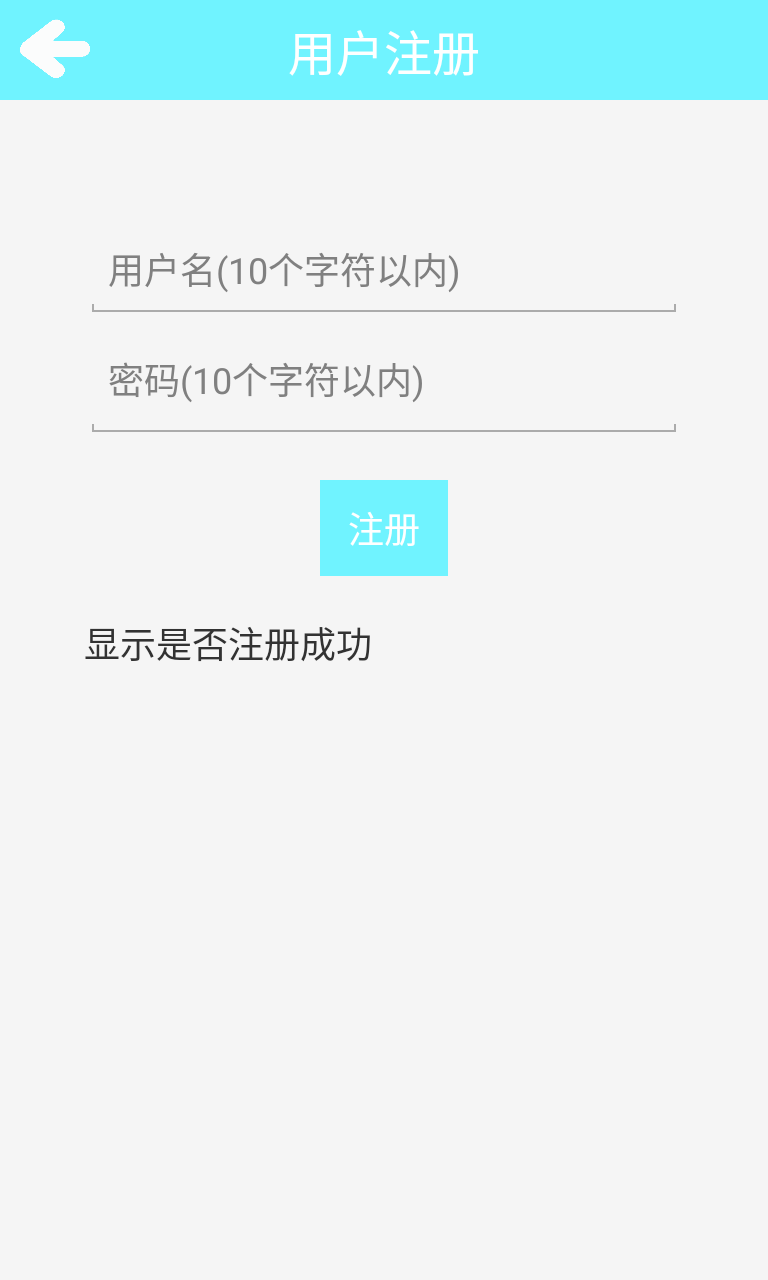
Repository: GuardLDW/HERO
Layout: GuardLDW/res/layout/register.xml
These files come from the project's save history. The layout is drawn as it stood at one moment and after the next save; the edit follows.
It is drawn on a 768 x 1280 px phone screen (xhdpi) without system bars, with theme AppTheme; the app's code is not run.

Above is the layout before, as saved 2016-10-11 11:35:17.

### GuardLDW/res/layout/register.xml
<?xml version="1.0" encoding="utf-8"?>
<LinearLayout xmlns:android="http://schemas.android.com/apk/res/android"
    android:layout_width="match_parent"
    android:layout_height="match_parent"
    android:orientation="vertical"
    android:background="#F5F5F5">


        <RelativeLayout
            android:id = "@+id/layout_title"
            android:layout_width="match_parent"
            android:layout_height="50dp"
            android:background="#70f3ff" >

            <Button
                 android:id = "@+id/button_registerback"
                 android:layout_width="35dp"
                 android:layout_height="35dp"
                 android:layout_marginLeft="10dp"
                 android:layout_marginTop="7dp"
                 android:background="@drawable/back" />


            <TextView
                android:layout_width="wrap_content"
                android:layout_height="wrap_content"
                android:layout_centerInParent="true"
                android:text="用户注册"
                android:textSize="24sp"
                android:textColor="#FFFFFF">
            </TextView>

        </RelativeLayout>

        <RelativeLayout
            android:id="@+id/layout_write"
            android:layout_width="match_parent"
            android:layout_height="match_parent"
            android:layout_marginTop="60dp" >

            <EditText
                android:id="@+id/edittext_registerpassword"
                android:layout_width="300dp"
                android:layout_height="60dp"
                android:layout_below="@+id/edittext_registername"
                android:layout_centerInParent="true"
                android:hint="密码(10个字符以内)" />

            <Button
                android:id = "@+id/button_register"
                android:layout_width="wrap_content"
                android:layout_height="wrap_content"
                android:layout_marginTop="20dp"
                android:layout_below="@+id/edittext_registerpassword"
                android:text="注册"
                android:background="#70f3ff"
                android:layout_centerInParent="true"
                android:textColor="#FFFFFF"
                android:enabled="false"/>

            <EditText
                android:id="@+id/edittext_registername"
                android:layout_width="300dp"
                android:layout_height="50dp"
                android:layout_alignLeft="@+id/edittext_registerpassword"
                android:layout_alignParentTop="true"
                android:hint="用户名(10个字符以内)" />

            <TextView
                android:id = "@+id/textview_registerresult"
                android:layout_width="300dp"
                android:layout_height="wrap_content"
                android:layout_alignLeft="@+id/edittext_registerpassword"
                android:layout_below="@+id/button_register"
                android:layout_marginTop="20dp"
                android:text="显示是否注册成功"
                android:textSize="18sp" />

        </RelativeLayout>

</LinearLayout>

Loaded but not shown: GuardLDW/res/values/styles.xml (common file); GuardLDW/res/values-v11/styles.xml (common file); GuardLDW/res/values-v14/styles.xml (common file)

After the next save:
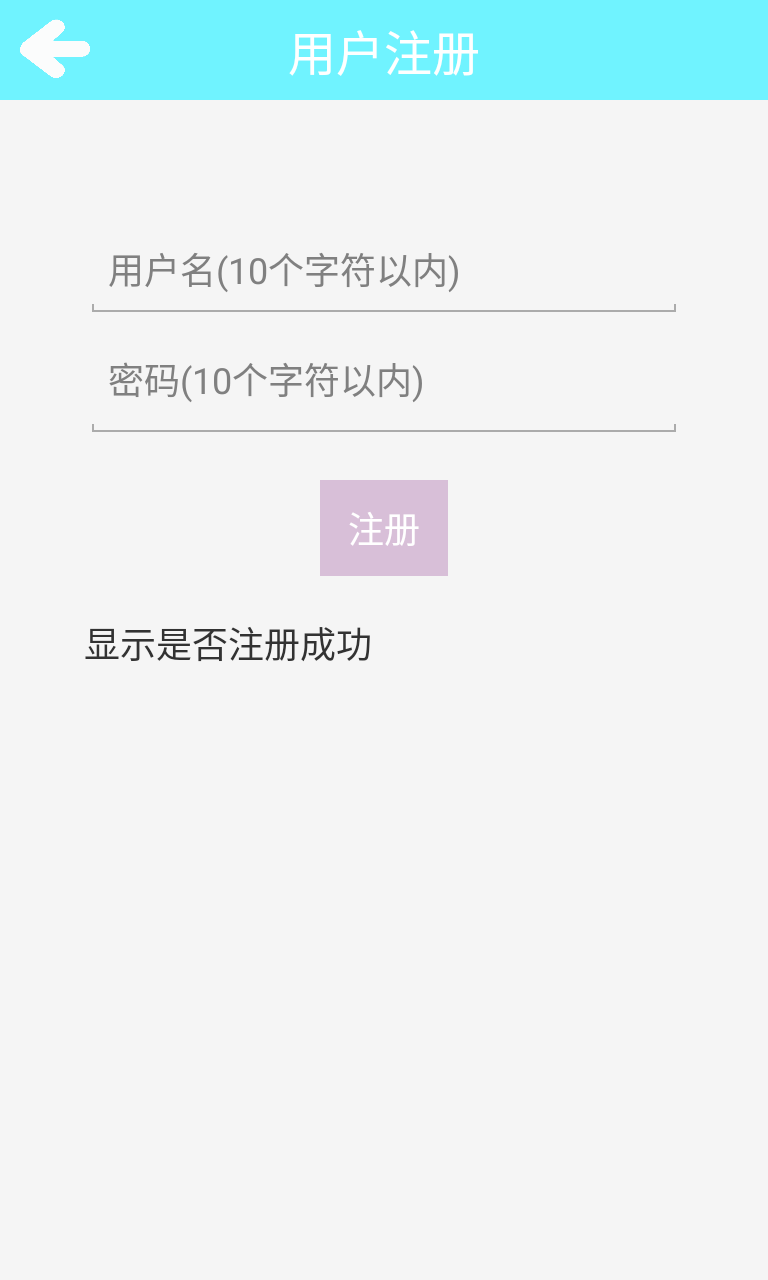
Saved 86 s later.
--- a/GuardLDW/res/layout/register.xml
+++ b/GuardLDW/res/layout/register.xml
@@ -53,7 +53,7 @@
                 android:layout_marginTop="20dp"
                 android:layout_below="@+id/edittext_registerpassword"
                 android:text="注册"
-                android:background="#70f3ff"
+                android:background="#D8BFD8"
                 android:layout_centerInParent="true"
                 android:textColor="#FFFFFF"
                 android:enabled="false"/>
